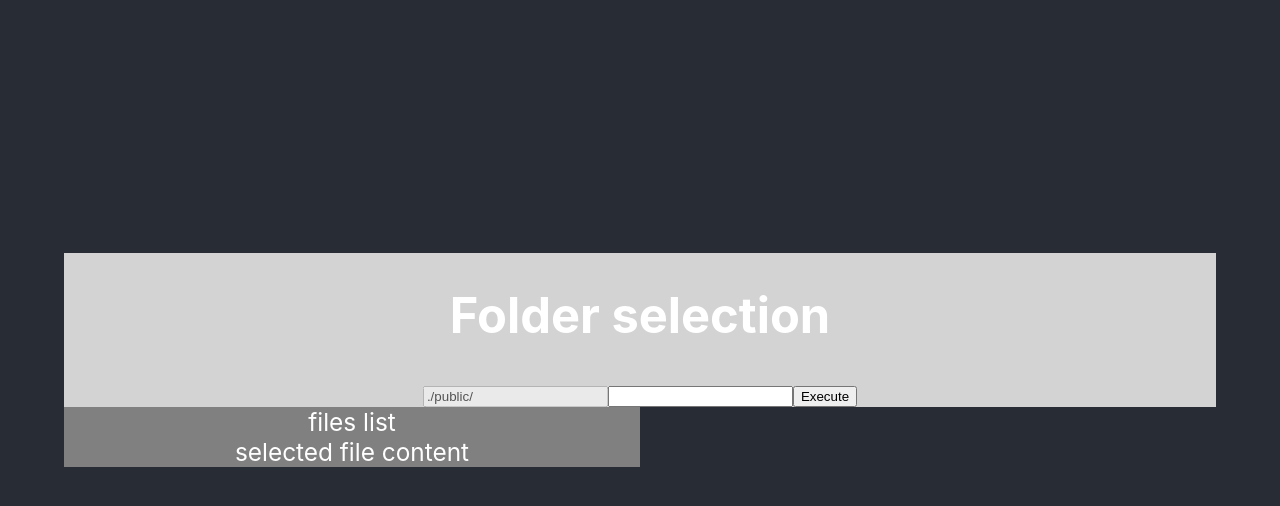
Repository: idubi/DevopsCourse
Page: / (app in lesson03/assignment/client/)
An editor plug-in stored every save of this project. The page is shown before and after the next save, followed by the edit.
The browser window is 1280 px wide. The pictures show the whole page.
The project was rebuilt for these pictures with package versions that can differ from the ones it lists, and the page was loaded fresh each time.

Above is the page before, as saved 2023-06-15 02:53:30.

After the next save:
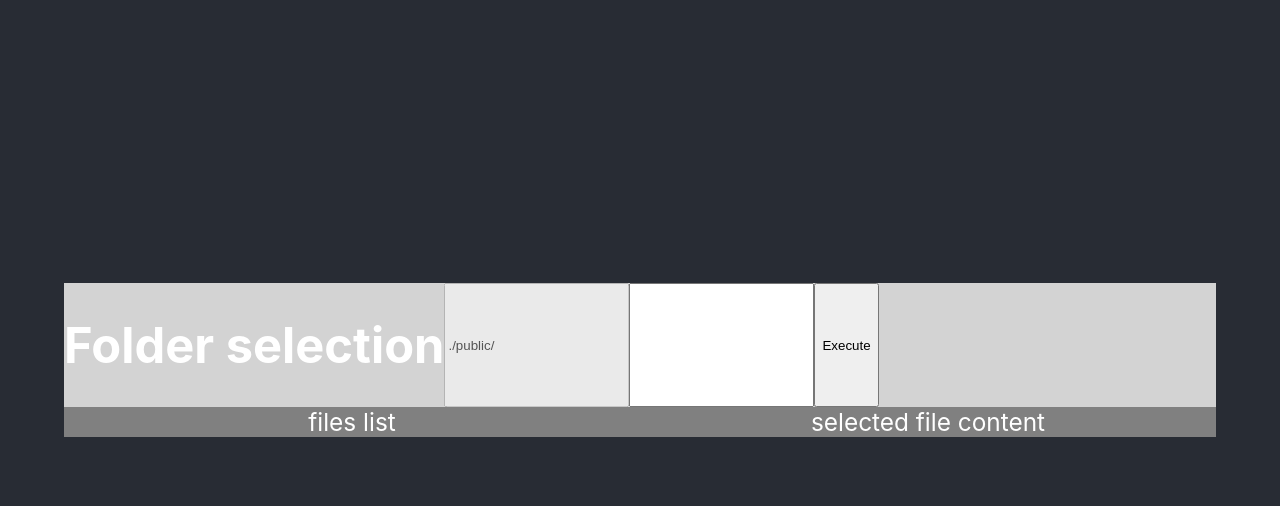
Saved 12 s later.
--- a/lesson03/assignment/client/src/components/FilesBrowser.js
+++ b/lesson03/assignment/client/src/components/FilesBrowser.js
@@ -39,11 +39,13 @@ const Container = styled.div`
 `;
 
 const Upper = styled.div`
+  display: flex;
   height: 30%;
   background-color: lightgrey;
 `;
 
 const Lower = styled.div`
+  display: flex;
   height: 100%;
 `;
 
